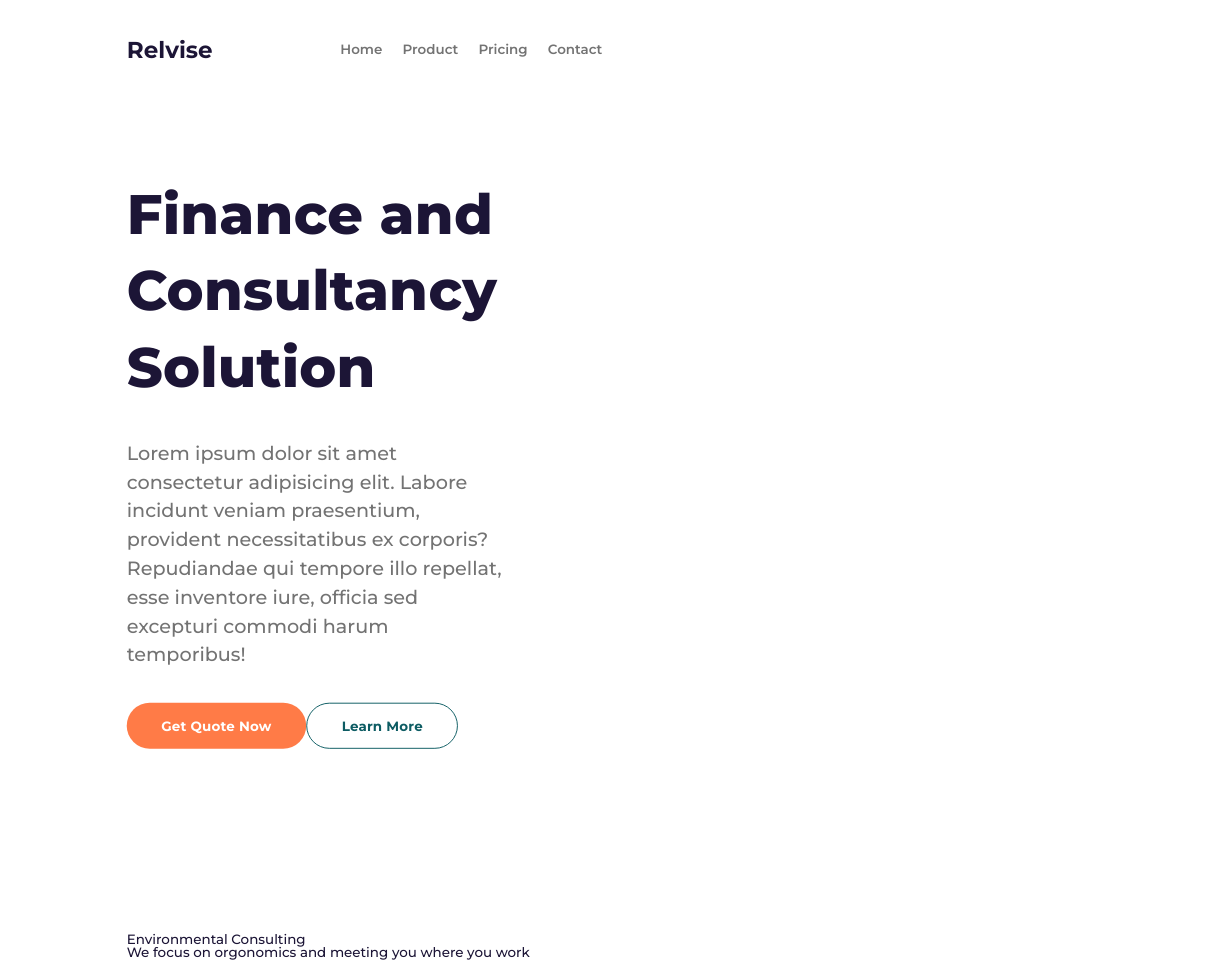
Repository: usalokiN/simple-project
Page: index.html
These files come from the project's save history. The page is drawn as it stood at one moment and after the next save; the edit follows.
The browser window is 1280 px wide. The pictures show the whole page, at 96% of full size.

Above is the page before, as saved 2022-01-16 20:07:48.

### index.html
<!DOCTYPE html>
<html lang="en">

<head>
    <meta charset="UTF-8">
    <meta http-equiv="X-UA-Compatible" content="IE=edge">
    <meta name="viewport" content="width=device-width, initial-scale=1.0">
    <link rel="stylesheet" href="https://fonts.googleapis.com/css?family=Montserrat:regular,500,600,700,800&display=swap">
    <link rel="stylesheet" href="css/style.css">
    <meta author="NikoDyachenko">
    <title>Simple project</title>


</head>

<body>
    <div class="wrapper">
        <header class="header">
            <div class="header__container _container">
                <a href="" class="header__logo">
                    Relvise
                </a>
                <nav class="header__menu menu">
                    <ul class="menu__list">
                        <li class="menu__item">
                            <a href="" class="menu__link">Home</a>
                        </li>
                        <li class="menu__item">
                            <a href="" class="menu__link">Product</a>
                        </li>
                        <li class="menu__item">
                            <a href="" class="menu__link">Pricing</a>
                        </li>
                        <li class="menu__item">
                            <a href="" class="menu__link">Contact</a>
                        </li>
                    </ul>
                </nav>
            </div>
    </div>
    </header>
    <main class="page">
        <div class="page__main-block main-block">
            <div class="main-block_containter _container">
                <div class="main-block__body">
                    <h1 class="main-block__title">Finance and Consultancy Solution</h1>
                    <div class="main-block__text">Lorem ipsum dolor sit amet consectetur adipisicing elit. Labore incidunt veniam praesentium, provident necessitatibus ex corporis? Repudiandae qui tempore illo repellat, esse inventore iure, officia sed excepturi commodi harum temporibus!

                    </div>
                    <div class="main-block__buttons">
                        <a href="" class="main-block__button main-block__button_orange">Get Quote Now</a>
                        <a href="" class="main-block__button main-block__button_border">Learn More</a>

                    </div>
                </div>
            </div>
        </div>
        <div class="main-block__image">
            <!-- <img src="" alt="cover"> -->
        </div>
        <div class="page__services services">
            <div class="services__conateiner _container">
                <div class="services__body">
                    <div class="services__column">
                        <div class="services__item item-service">
                            <div class="item-service__icon"></div>
                            <div class="item-service__title">Environmental Consulting</div>
                            <div class="item-service__text">We focus on orgonomics and meeting you where you work</div>

                        </div>
                    </div>
                </div>
            </div>
        </div>
    </main>
    <footer class="footer "></footer>
    </div>
</body>

</html>

### css/style.css
        *,
         ::before,
         ::after {
            padding: 0;
            margin: 0;
            bottom: 0;
            box-sizing: border-box;
        }

        a {
            text-decoration: none;
        }

        ul,
        ol,
        li {
            list-style: none;
        }

        img {
            vertical-align: top;
        }

        h1,
        h2,
        h3,
        h4,
        h5,
        h6 {
            font-weight: inherit;
            font-style: inherit;
        }

        html,
        body {
            height: 100%;
            line-height: 1;
            font-size: 14px;
            font-weight: 500;
            color: rgb(28, 21, 54);
            font-family: Montserrat;
        }

        .wrapper {
            /* max-height: 100%; */
            overflow: hidden;
        }
        /* ================================================================================== */

        ._container {
            max-width: 1046px;
            margin: 0px auto;
            padding: 0 15px;
        }

        ._ibg {
            position: relative;
        }

        .ibg img {
            position: absolute;
            width: 100%;
            height: 100%;
            top: 0;
            left: 0;
            object-fit: cover;
        }
        /* ----------------------------------------HEADER------------------------------------------------------- */

        .header {
            position: absolute;
            width: 100%;
            left: 0;
            top: 0;
            z-index: 50;
        }

        .header__container {
            display: flex;
            min-height: 104px;
            align-items: center;
        }

        @media (max-width: 479px) {
            .header__container {
                min-height: 85px;
            }
        }

        ._container {}

        .header__logo {
            font-size: 24px;
            font-weight: 700;
            color: inherit;
        }

        .header__menu {
            margin: 0 0 0 133px;
        }

        @media (max-width: 992px) {
            .header__menu {
                margin: 0 0 0 80px;
            }
        }

        @media (max-width: 762px) {
            .header__menu {
                margin: 0 0 0 40px;
            }
        }

        @media (max-width: 479px) {
            .header__menu {
                margin: 0 0 0 20px;
            }
        }

        .menu {
            padding: 5px 0;
        }

        .menu__list {
            display: flex;
            flex-wrap: wrap;
        }

        .menu__item {}

        .menu__item:not(:last-child) {
            margin: 0 21px 0 0px;
            /* Отступы у каждого кроме последнего элемента */
        }

        .menu__link {
            color: #737373;
            font-weight: 600;
            line-height: calc(24/14 * 100%);
            /*171% - процет отступа. Формула расчета при 14px шрифта*/
        }

        @media (max-width: 479) {
            .menu__link {
                font-size: 18px;
            }
        }
        /* MAIN */

        .page {
            flex: 1 1 auto;
        }
        /* FOOTER */

        .footer {}
        /* MAIN-BLOCK */

        .page__main-block {}

        .main-block {
            position: relative;
            ;
        }

        .main-block_containter {}

        ._container {}

        .main-block__body {
            padding: 184px 0px 191px 0px;
            position: relative;
            z-index: 2;
            max-width: 400px;
        }

        .main-block__body>*:not(:last-child) {
            margin: 0 0 35px 0;
        }

        .main-block__title {
            font-size: 58px;
            line-height: 137%;
            font-weight: 800;
            letter-spacing: 0.2px;
        }

        @media (max-width:497px) {
            .main-block__title {
                font-size: 42px;
            }
        }

        .main-block__text {
            color: #737373;
            font-size: 20px;
            line-height: 1.5;
        }

        .main-block__buttons {
            display: inline-flex;
            flex-wrap: wrap;
            margin: -10px 0;
        }

        .main-block__button {
            border-radius: 37px;
            display: flex;
            min-height: 48px;
            justify-content: center;
            align-items: center;
            letter-spacing: 0.2px;
            font-weight: 700;
            line-height: 150%;
            padding: 5px 36px;
            text-align: center;
            margin: 10px 0;
        }

        @media(max-width:479px) {
            .main-block__button:not(:last-child) {
                margin-right: 10px;
            }
        }

        .main-block__button_orange {
            background: #ff7b47;
            color: #fff;
        }

        .main-block__button_border {
            color: #0d5c63;
            border: 1px solid #0d5c63;
        }

        .main-block__image {
            position: absolute;
            width: 100%;
            height: 100%;
            top: 0;
            left: 0;
        }

        @media (max-width:1300px) {
            .main-block__image img {
                object-fit: right;
            }
        }

        @media (max-width:992px) {
            .main-block__image {
                opacity: 0.5;
            }
        }

After the next save:
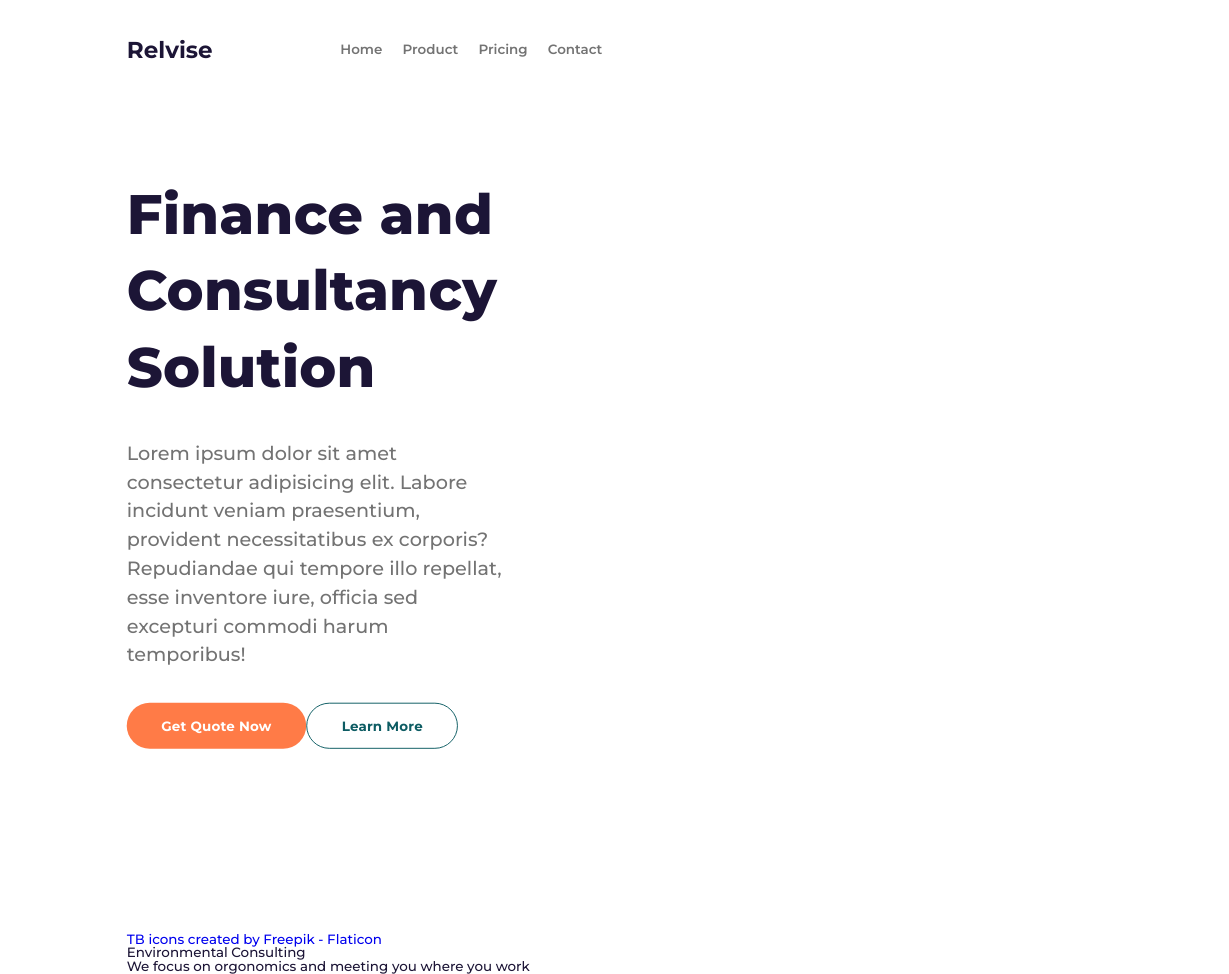
Saved 77 s later.
--- a/index.html
+++ b/index.html
@@ -63,7 +63,7 @@
                 <div class="services__body">
                     <div class="services__column">
                         <div class="services__item item-service">
-                            <div class="item-service__icon"></div>
+                            <div class="item-service__icon"><a href="https://www.flaticon.com/ru/free-icons/" title="ТВ иконки">ТВ icons created by Freepik - Flaticon</a></div>
                             <div class="item-service__title">Environmental Consulting</div>
                             <div class="item-service__text">We focus on orgonomics and meeting you where you work</div>
 

After the save that followed:
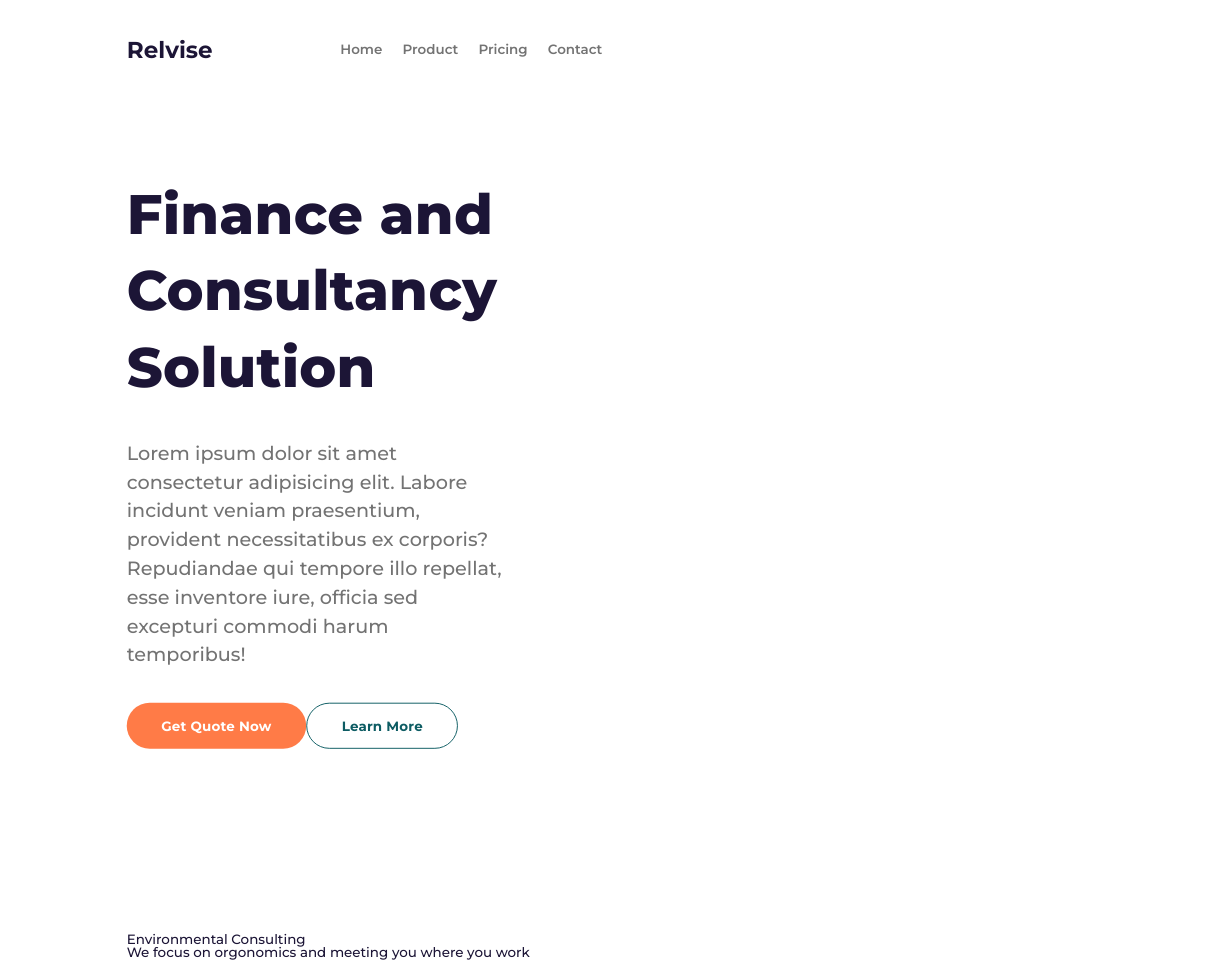
Saved 27 s later.
--- a/index.html
+++ b/index.html
@@ -63,7 +63,7 @@
                 <div class="services__body">
                     <div class="services__column">
                         <div class="services__item item-service">
-                            <div class="item-service__icon"><a href="https://www.flaticon.com/ru/free-icons/" title="ТВ иконки">ТВ icons created by Freepik - Flaticon</a></div>
+                            <div class="item-service__icon"></div>
                             <div class="item-service__title">Environmental Consulting</div>
                             <div class="item-service__text">We focus on orgonomics and meeting you where you work</div>
 
